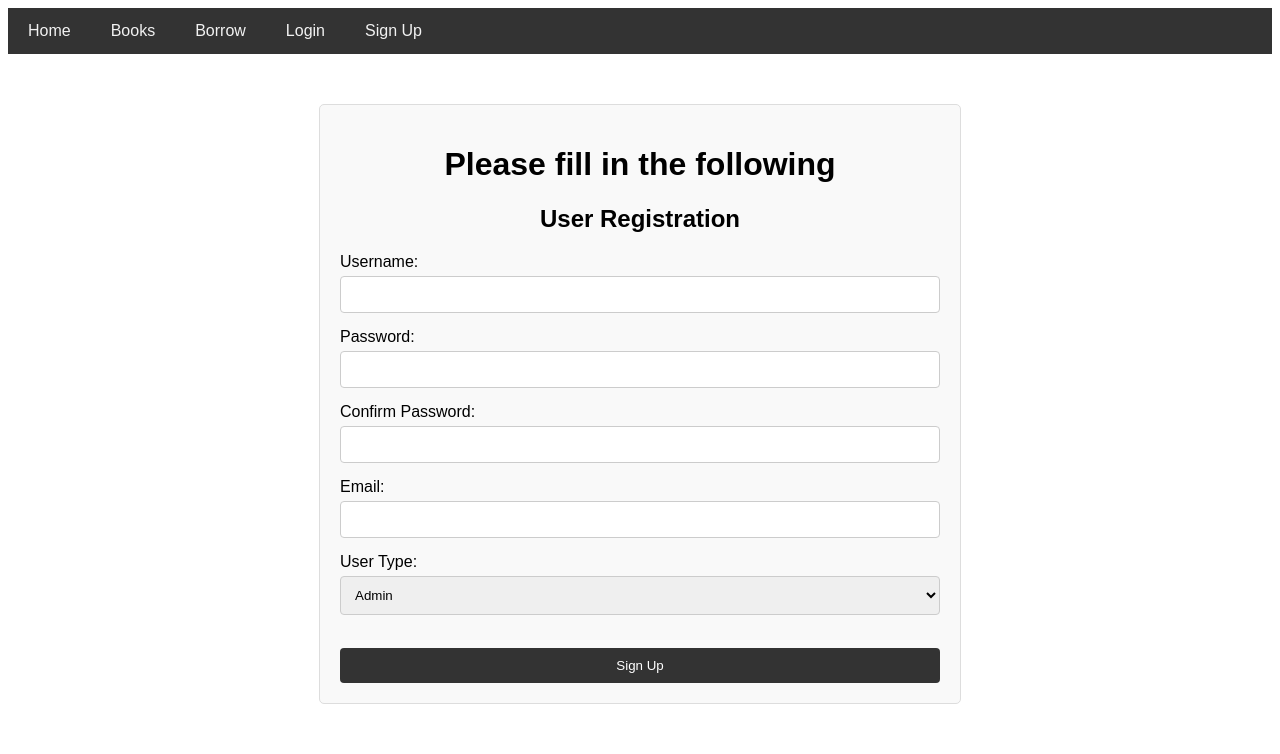
Repository: fadyesk12/Web-Technology-Course-Project
Page: auth/signup.html
These files come from the project's save history. The page is drawn as it stood at one moment and after the next save; the edit follows.
The browser window is 1280 px wide. The pictures show the whole page.

Above is the page before, as saved 2024-04-19 02:23:33.

After the next save:
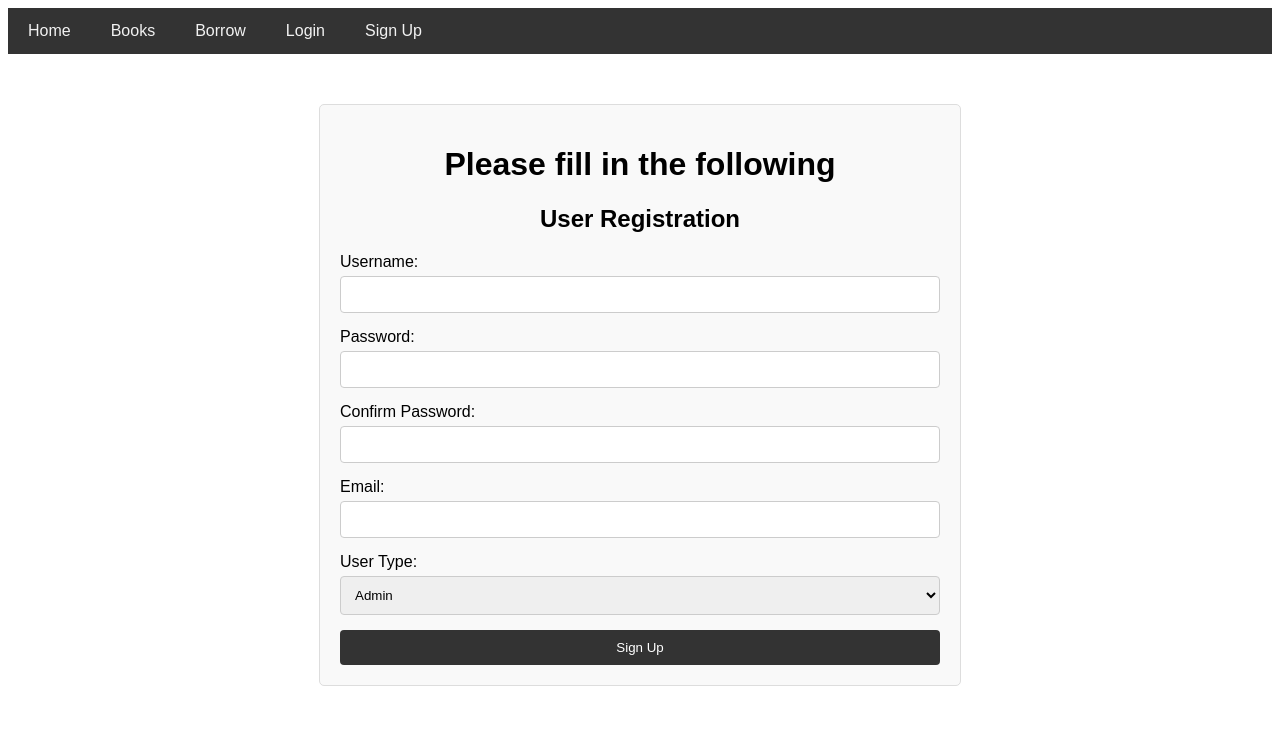
Saved 4 s later.
--- a/auth/signup.html
+++ b/auth/signup.html
@@ -41,7 +41,7 @@
         <select id="usertype" name="usertype" required>
             <option value="admin">Admin</option>
             <option value="user">User</option>
-        </select><br><br>
+        </select>
       </div>
         <input type="submit" value="Sign Up">
     </form>
